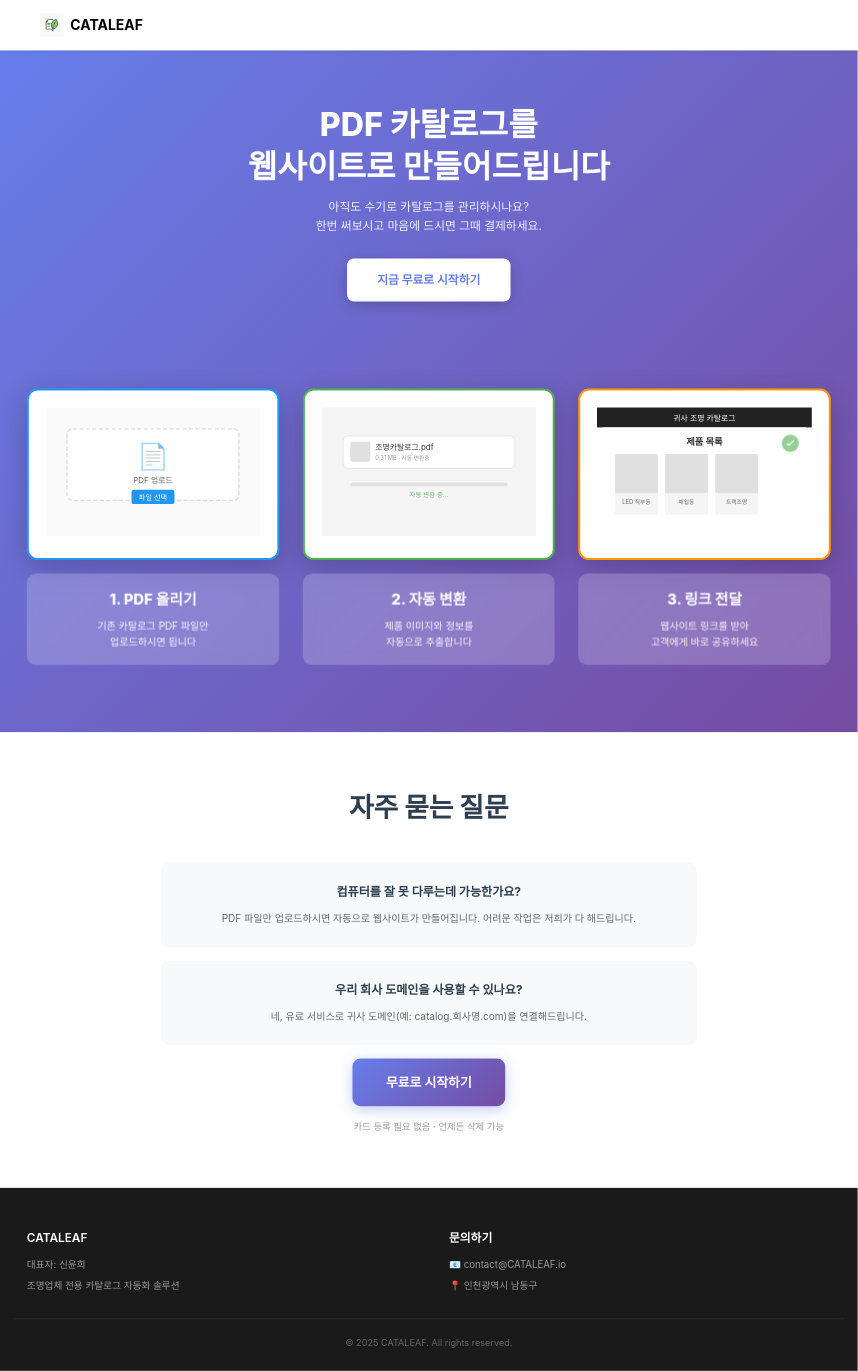
Repository: ororso11/catamaster
Page: frontend/public/index.html
An editor plug-in stored every save of this project. The page is shown before and after the next save, followed by the edit.
The browser window is 1280 px wide. The pictures show the whole page, at 67% of full size.

Above is the page before, as saved 2025-10-05 20:25:09.

After the next save:
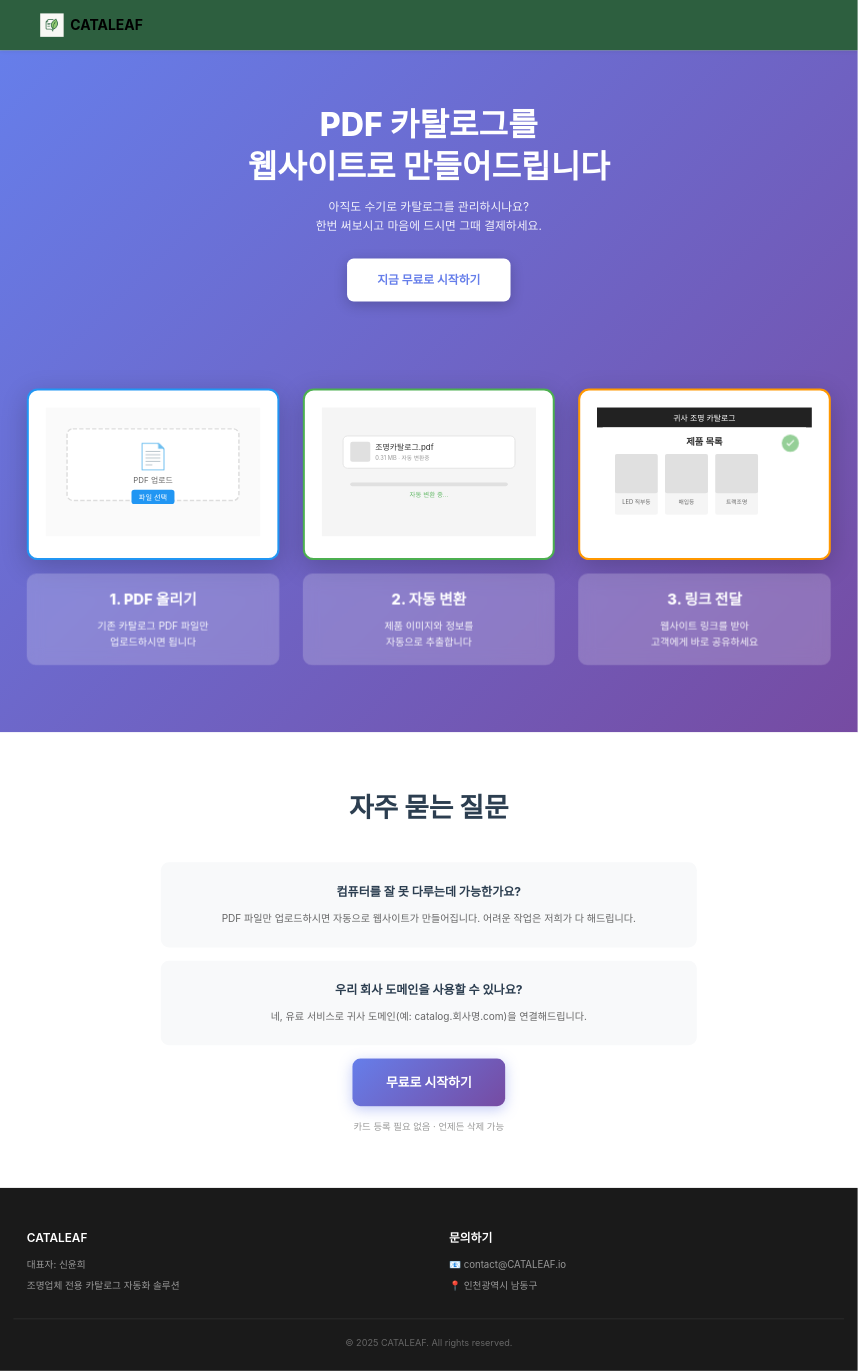
Saved 11 s later.
--- a/frontend/public/style.css
+++ b/frontend/public/style.css
@@ -13,7 +13,7 @@
 
 /* Header */
 header {
-    background: white;
+    background: #2d5f3f;
     padding: 20px 0;
     box-shadow: 0 2px 5px rgba(0,0,0,0.05);
     position: sticky;

After the 2 saves that followed:
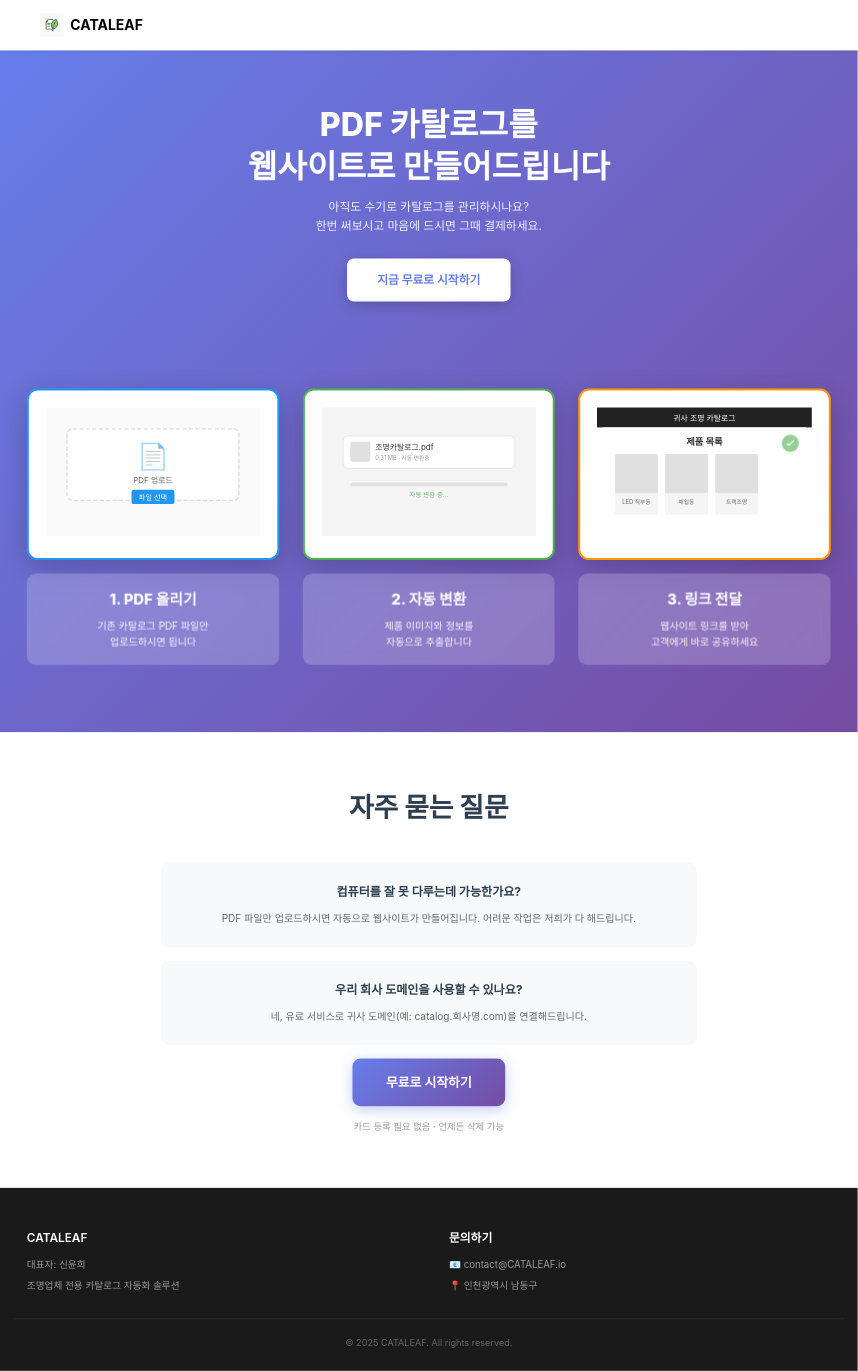
The 2 saves are shown as one change because they came seconds apart.
The last was saved 7 s later.
--- a/frontend/public/style.css
+++ b/frontend/public/style.css
@@ -13,7 +13,7 @@
 
 /* Header */
 header {
-    background: #2d5f3f;
+    background: white;
     padding: 20px 0;
     box-shadow: 0 2px 5px rgba(0,0,0,0.05);
     position: sticky;
